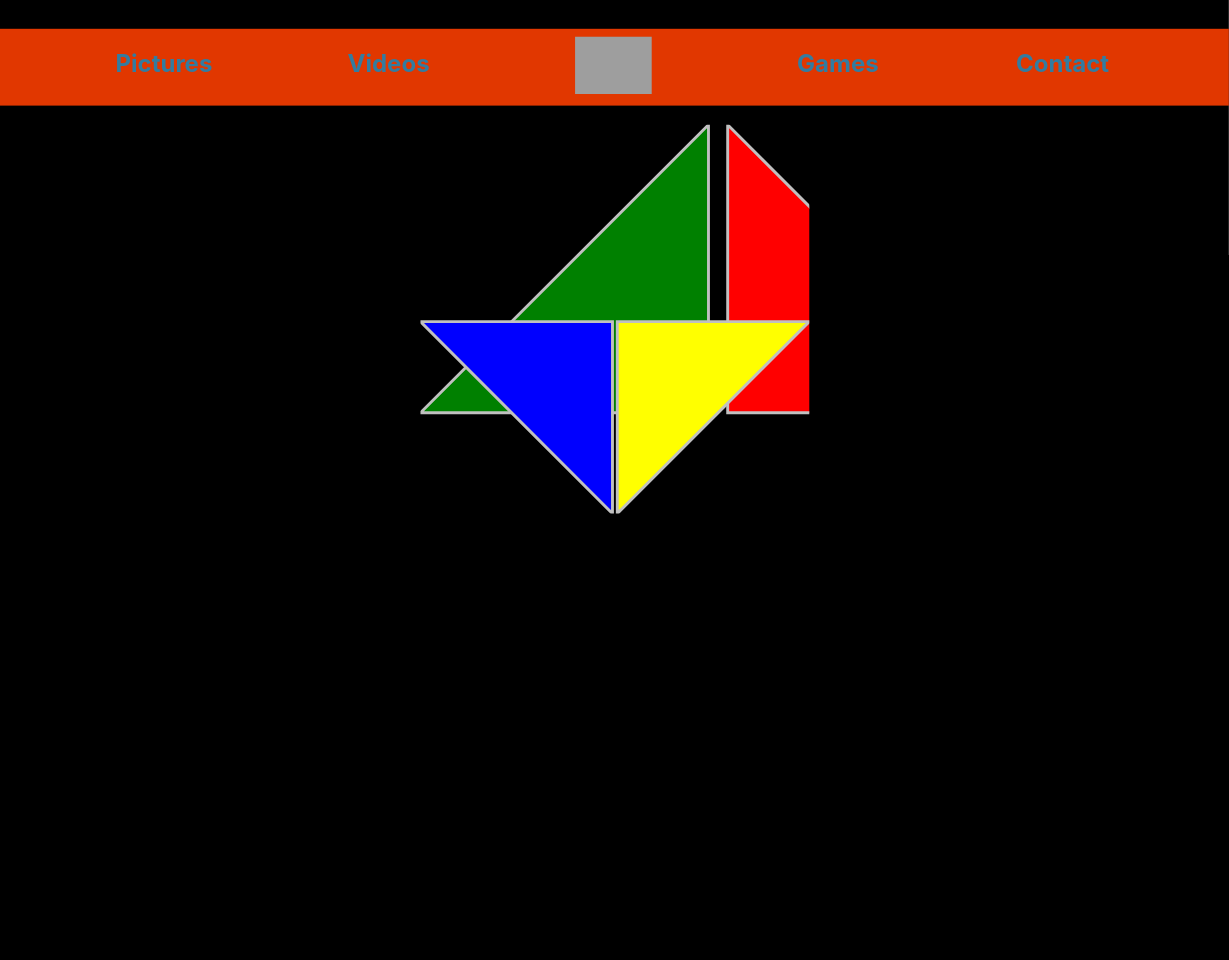
Repository: marty-wickham/2nd-milestone-project
Page: index.html
The author's editor kept a record of every edit. The page is drawn from the files as they stood at one moment, then again after the next edit.
The browser window is 1280 px wide. The pictures show the whole page, at 96% of full size.
Pictures or frames that could not be fetched are drawn as grey boxes.

Above is the page before.

### index.html
<!DOCTYPE html>
<html lang="en">

<head>
    <meta charset="UTF-8">
    <meta name="viewport" content="width=device-width, initial-scale=1.0">
    <meta http-equiv="X-UA-Compatible" content="ie=edge">
    <title>2nd Milestone Project</title>

    <!-- css and js links -->
    <link rel="stylesheet" href="https://stackpath.bootstrapcdn.com/bootstrap/4.3.1/css/bootstrap.min.css" integrity="sha384-ggOyR0iXCbMQv3Xipma34MD+dH/1fQ784/j6cY/iJTQUOhcWr7x9JvoRxT2MZw1T" crossorigin="anonymous">
    <link rel="stylesheet" href="assets/css/style.css" type="text/css" />
</head>

<body>
    <div class="page-container">
        <div class="navbar">
            <ul class="nav-list">
                <li class="nav-item"><a href="">Pictures</a></li>
                <li class="nav-item"><a href="">Videos</a></li>
                <li class="nav-item">
                    <div class="logo">
                        <img src="https://thumbs.dreamstime.com/z/simple-image-triangle-motif-logo-simple-easy-cool-logo-best-your-business-simple-logo-triangle-red-113714424.jpg" alt="logo"></img>
                    </div>
                </li>
                <li class="nav-item"><a href="">Games</a></li>
                <li class="nav-item"><a href="#">Contact</a></li>
            </ul>
        </div>
        <div class="section simon-game">
            <div class="animate">
                <svg height="405" width="405">
                  <polygon points="0,300 300,300, 300,0" style="fill:green;stroke:silver;stroke-width:3" id="one" />
                  <polygon points="320,300 320,0, 620,300" style="fill:red;stroke:silver;stroke-width:3" id="two" />
                  <polygon points="0,205 200,205, 200,405" style="fill:blue;stroke:silver;stroke-width:3" id="three" />
                  <polygon points="205,205 405,205, 205,405" style="fill:yellow;stroke:silver;stroke-width:3" id="four" />
                </svg>
            </div>
        </div>

        <div class="section svg">

        </div>
        <div class="section">

        </div>
        <div class="section">

        </div>
    </div>
</body>

</html>

### assets/css/style.css
.page-container {
    height: 1000px;
    background-color: black;
}

.navbar {
    width: 100%;
    height: 80px;
    background-color: #E13700;
    position: relative;
    top: 30px;
}

.nav-list {
    width: 100%;
}

.nav-item {
    display: inline-block;
    font-weight: bold;
    font-size: 25px;
    width: 19%;
    text-align: center;
}

.logo {
    height: 80px;
    width: 80px;
    margin: 0 auto;
}

img {
    max-width: 100%;
    max-height: 100%;
}

.nav-item a {
    text-decoration: none;
    color: #337CA0;
}

/*-------------------------------------- Simon Game -------------------*/

.simon-game {
    width: 100%;
    height: 500px;
    margin-top: 50px;
}

.animate {
    width: 405px;
    margin: 0 auto;
}

After the next edit:
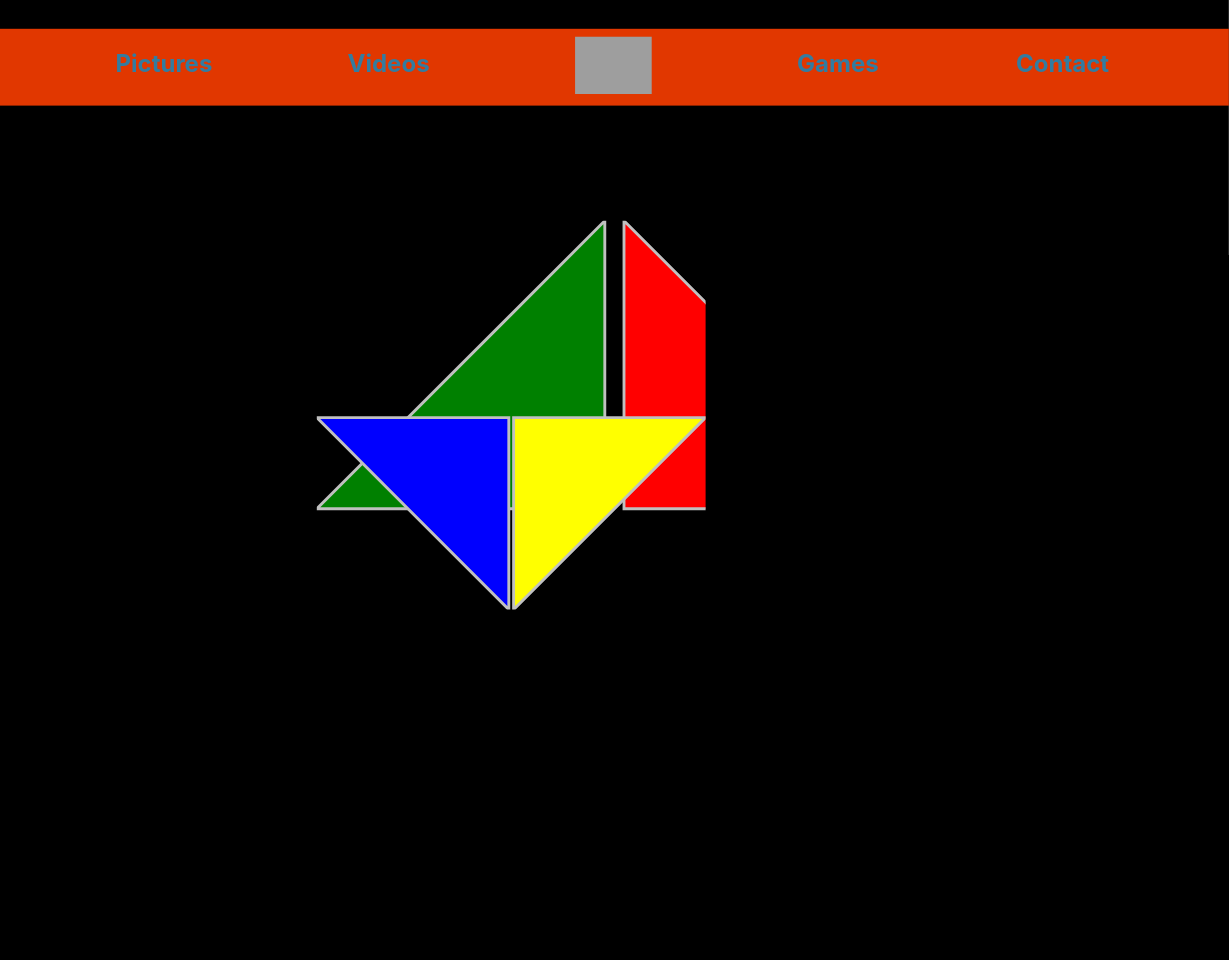
The edit:
--- a/assets/css/style.css
+++ b/assets/css/style.css
@@ -48,6 +48,6 @@
 }
 
 .animate {
-    width: 405px;
-    margin: 0 auto;
+    width: 620px;
+    margin: 150px auto;
 }
